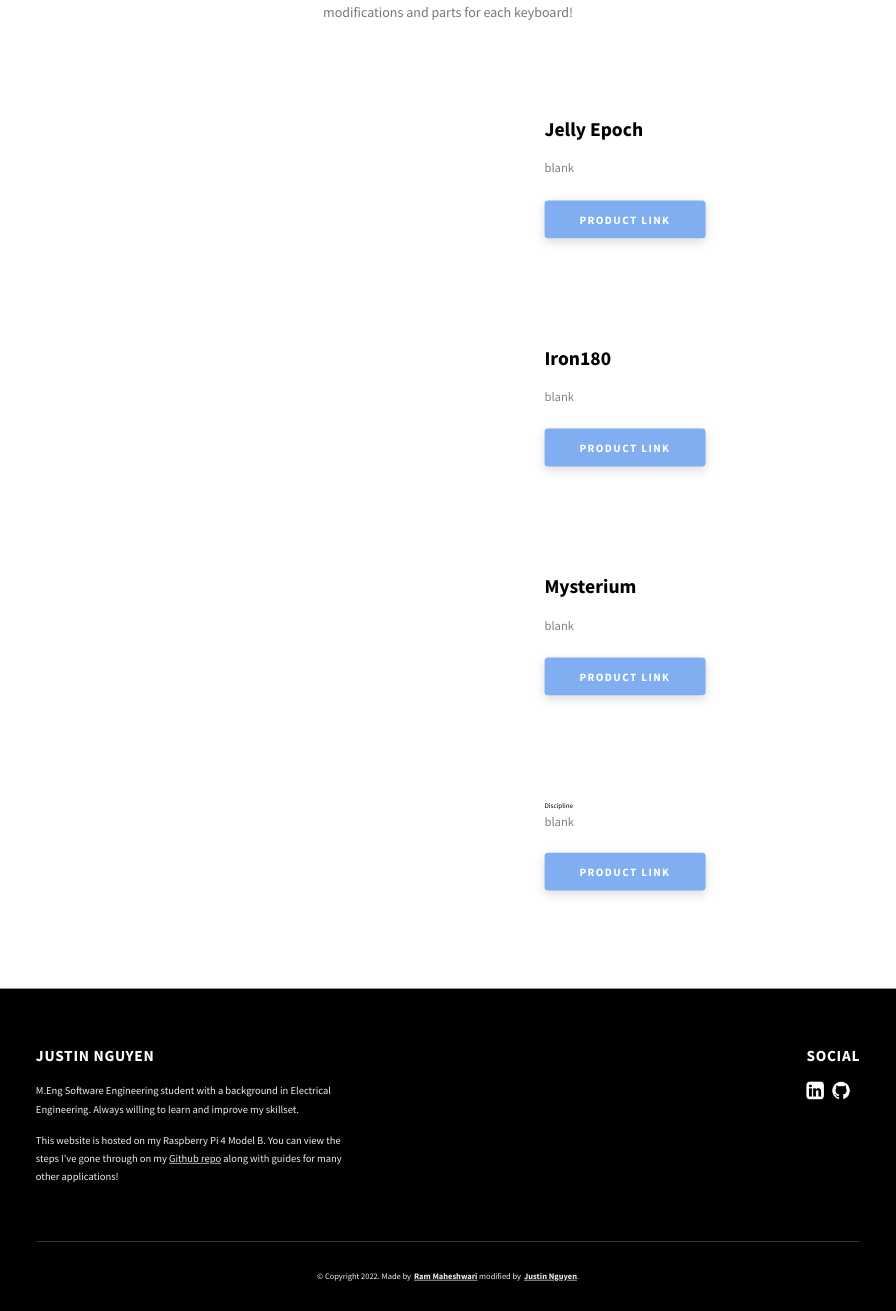
Repository: justinknguyen/Personal-Portfolio
Page: keyboards.html
These files come from the project's save history. The page is drawn as it stood at one moment and after the next save; the edit follows.
The browser window is 1280 px wide. The pictures show the part of the page from y = 1045 to 2965 px (the page is 2918 px tall before and 2965 px after), at 70% of full size.
The style sheet was rebuilt from its Sass, Less or Tailwind sources for each picture, by a compiler version that may differ from the author's.

Above is the page before, as saved 2022-09-10 17:04:55.
Console error: TypeError: Cannot read properties of undefined (reading 'style')

### keyboards.html
<!DOCTYPE html>
<html lang="en">
  <head>
    <meta charset="UTF-8" />
    <meta name="viewport" content="width=device-width, initial-scale=1.0" />
    <meta http-equiv="X-UA-Compatible" content="ie=edge" />
    <title>Keyboards</title>
    <meta name="description" content="Case study page of Project" />

    <link rel="stylesheet" href="css/style.css" />

    <link rel="preconnect" href="https://fonts.googleapis.com" />
    <link rel="preconnect" href="https://fonts.gstatic.com" crossorigin />
    <link
      href="https://fonts.googleapis.com/css2?family=Source+Sans+Pro:wght@400;600;700;900&display=swap"
      rel="stylesheet"
    />
  </head>
  <body>

    <!-- **** Header of Homepage **** -->
    <header class="header">
      <div class="header__content">
        <div class="header__logo-container">
          <div class="header__logo-img-cont">
            <img
              src="./assets/png/justin.png"
              alt="Ram Maheshwari Logo Image"
              class="header__logo-img"
            />
          </div>
          <span class="header__logo-sub">Justin Nguyen</span>
        </div>
        <div class="header__main">
          <ul class="header__links">
            <li class="header__link-wrapper">
              <a href="./index.html" class="header__link"> Home </a>
            </li>
            <li class="header__link-wrapper">
              <a href="./index.html#about" class="header__link">About </a>
            </li>
            <li class="header__link-wrapper">
              <a href="./index.html#projects" class="header__link">
                Projects
              </a>
            </li>
            <li class="header__link-wrapper">
              <a
                href="./keyboards.html"
                class="header__link"
                >Keyboards</a
              >
            </li>
            <li class="header__link-wrapper">
              <a href="./index.html#contact" class="header__link"> Contact </a>
            </li>
          </ul>
          <div class="header__main-ham-menu-cont">
            <img
              src="./assets/svg/ham-menu.svg"
              alt="hamburger menu"
              class="header__main-ham-menu"
            />
            <img
              src="./assets/svg/ham-menu-close.svg"
              alt="hamburger menu close"
              class="header__main-ham-menu-close d-none"
            />
          </div>
        </div>
      </div>
      <div class="header__sm-menu">
        <div class="header__sm-menu-content">
          <ul class="header__sm-menu-links">
            <li class="header__sm-menu-link">
              <a href="./index.html"> Home </a>
            </li>

            <li class="header__sm-menu-link">
              <a href="./index.html#about"> About </a>
            </li>

            <li class="header__sm-menu-link">
              <a href="./index.html#projects"> Projects </a>
            </li>

            <li class="header__sm-menu-link">
              <a
                href="./keyboards.html"
                >Keyboards</a
              >
            </li>

            <li class="header__sm-menu-link">
              <a href="./index.html#contact"> Contact </a>
            </li>
          </ul>
        </div>
      </div>
    </header>
    <!-- END Header -->


    <!-- **** Hero Section of Homepage **** -->
    <section class="home-hero">
      <div class="home-hero__content">
        <div class="container">
          <div class="typed-out">
            <h1 class="heading-primary">Keyboards</h1>
          </div>
        </div>
        <div class="home-hero__info">
          <p class="text-primary">
            Welcome to my custom mechanical keyboard collection!
          </p>
        </div>
      </div>
      <div class="home-hero__mouse-scroll-cont">
        <div class="mouse"></div>
      </div>
    </section>
    <!-- /END Hero Section -->


    <!-- **** Projects Section of Homepage **** -->
    <section id="projects" class="projects sec-pad">
      <div class="main-container">
          <h2 class="heading heading-sec heading-sec__mb-bg">
            <span class="heading-sec__main">Collection</span>
            <span class="heading-sec__sub">
              Below are a list of my custom mechanical keyboards collected since 2020.
              I've included all the modifications and parts for each keyboard!
            </span>
          </h2>

          <div class="projects__content">
            <div class="projects__row">
              <div class="projects__row-img-cont">
                <!-- <img
                  src="./assets/png/iot-1.png"
                  alt="Software Screenshot"
                  class="projects__row-img"
                  loading="lazy"
                  style="width: 50%; position: relative; left: 50%; transform: translateX(-50%);"
                /> -->
              </div>
              <div class="projects__row-content">
                <h3 class="projects__row-content-title">Jelly Epoch</h3>
                <p class="projects__row-content-desc">
                  blank
                </p>
                <a
                  rel="noreferrer" href="https://github.com/justinknguyen/IoT-Projects/blob/main/ESP32%20-%20Dinner/Dinner_ESP32.ino"
                  class="btn btn--med btn--theme dynamicBgClr"
                  target="_blank"
                  >Product Link</a
                >
              </div>
            </div>
            <div class="projects__row">
              <div class="projects__row-img-cont">
                <!-- <img
                  src="./assets/jpeg/ios-ss1.jpg"
                  alt="Software Screenshot"
                  class="projects__row-img"
                  loading="lazy"
                  style="width: 70%; position: relative; left: 50%; transform: translateX(-50%);"
                /> -->
              </div>
              <div class="projects__row-content">
                <h3 class="projects__row-content-title">Iron180</h3>
                <p class="projects__row-content-desc">
                  blank
                </p>
                <a
                  rel="noreferrer" href="https://github.com/justinknguyen/iOS-Messaging-App"
                  class="btn btn--med btn--theme dynamicBgClr"
                  target="_blank"
                  >Product Link</a
                >
              </div>
            </div>
            <div class="projects__row">
              <div class="projects__row-img-cont">
                <!-- <img
                  src="./assets/png/prisoner-ss.png"
                  alt="Software Screenshot"
                  class="projects__row-img"
                  loading="lazy"
                  style="width: 80%; position: relative; left: 50%; transform: translateX(-50%);"
                /> -->
              </div>
              <div class="projects__row-content">
                <h3 class="projects__row-content-title">Mysterium</h3>
                <p class="projects__row-content-desc">
                  blank
                </p>
                <a
                  rel="noreferrer" href="https://github.com/justinknguyen/prisoner-riddle"
                  class="btn btn--med btn--theme dynamicBgClr"
                  target="_blank"
                  >Product Link</a
                >
              </div>
            </div>
            <div class="projects__row">
              <div class="projects__row-img-cont">
                <!-- <img
                  src="./assets/png/piguide-ss.png"
                  alt="Software Screenshot"
                  class="projects__row-img"
                  loading="lazy"
                  style="width: 100%; position: relative; left: 50%; transform: translateX(-50%);"
                /> -->
              </div>
              <div class="projects__row-content">Discipline</h3>
                <p class="projects__row-content-desc">
                  blank
                </p>
                <a
                  rel="noreferrer" href="https://github.com/justinknguyen/PiGuide"
                  class="btn btn--med btn--theme dynamicBgClr"
                  target="_blank"
                  >Product Link</a
                >
              </div>
            </div>
          </div>

      </div>
    </section>
    <!-- END Projects Section -->


    <!-- **** Footer Section **** -->
    <footer class="main-footer">
      <div class="main-container">
        <div class="main-footer__upper">
          <div class="main-footer__row main-footer__row-1">
            <h2 class="heading heading-sm main-footer__heading-sm">
              <span>Social</span>
            </h2>
            <div class="main-footer__social-cont">
              <a target="_blank" rel="noreferrer" href="https://www.linkedin.com/in/justin-nguyen-194339184">
                <img
                  class="main-footer__icon"
                  src="./assets/png/linkedin-ico.png"
                  alt="icon"
                />
              </a>
              <a target="_blank" rel="noreferrer" href="https://github.com/justinknguyen">
                <img
                  class="main-footer__icon main-footer__icon--mr-none"
                  src="./assets/png/github-ico2.png"
                  alt="icon"
                />
              </a>
            </div>
          </div>
          <div class="main-footer__row main-footer__row-2">
            <h4 class="heading heading-sm text-lt">Justin Nguyen</h4>
            <p class="main-footer__short-desc">
              M.Eng Software Engineering student with a background in Electrical Engineering. Always willing
              to learn and improve my skillset.
            </p>
            <p class="main-footer__short-desc">
              This website is hosted on my Raspberry Pi 4 Model B. You can view the steps
                I've gone through on my
                <u><a rel="noreferrer" href="https://github.com/justinknguyen/PiGuide" target="_blank">
                  Github repo</a></u>
                along with guides for many other applications!
            </p>
          </div>
        </div>

        <!-- If you give me some credit or shoutout here by linking to my website, then it will be a big thing for me and will help me a lot :) -->
        <div class="main-footer__lower">
          &copy; Copyright 2022. Made by
          <a rel="noreferrer" target="_blank" href="https://rammaheshwari.com"
            >Ram Maheshwari</a
          > modified by
          <a rel="noreferrer" target="_blank" href="https://justinknguyen.ca"
            >Justin Nguyen</a
          >.
        </div>
      </div>
    </footer>
    <!-- END Footer Section -->


    <script src="./index.js"></script>
  </body>
</html>

Loaded but not shown: index.js (68 lines, source omitted); css/style.css (919 lines, source omitted)

After the next save:
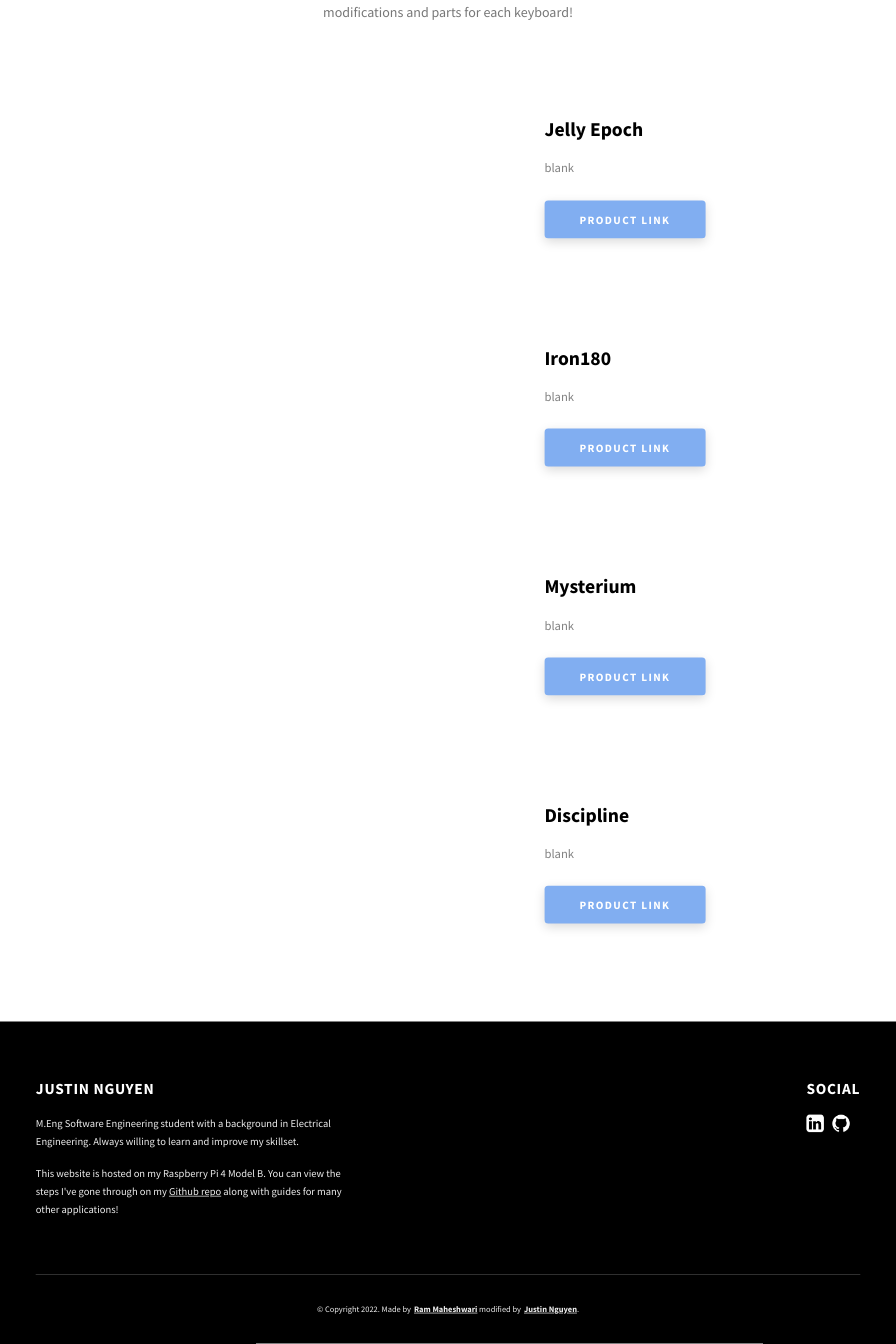
Saved 34 s later.
--- a/keyboards.html
+++ b/keyboards.html
@@ -213,7 +213,8 @@
                   style="width: 100%; position: relative; left: 50%; transform: translateX(-50%);"
                 /> -->
               </div>
-              <div class="projects__row-content">Discipline</h3>
+              <div class="projects__row-content">
+                <h3 class="projects__row-content-title">Discipline</h3>
                 <p class="projects__row-content-desc">
                   blank
                 </p>
